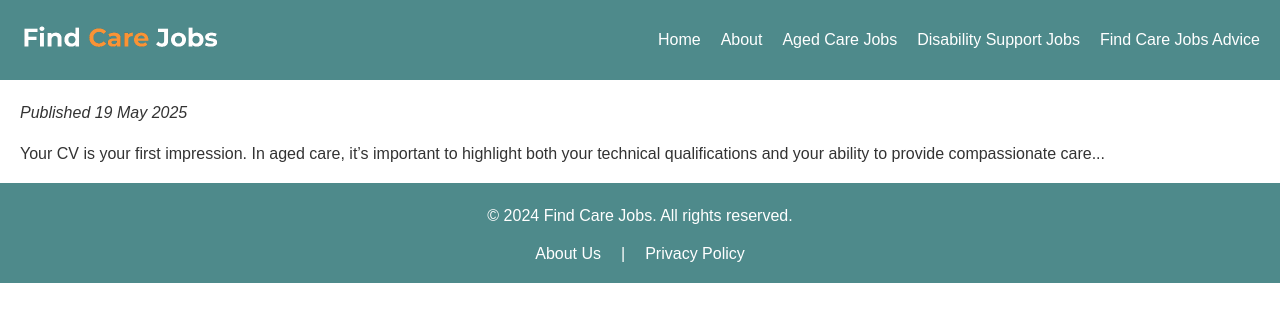
Repository: RichardCareJobs/find-care-jobs
Page: posts/how-to-write-a-care-cv.html
These files come from the project's save history. The page is drawn as it stood at one moment and after the next save; the edit follows.
The browser window is 1280 px wide. The pictures show the whole page.

Above is the page before, as saved 2025-05-19 21:35:05.

### posts/how-to-write-a-care-cv.html
<!DOCTYPE html>
<html lang="en">
<head>
  <meta charset="UTF-8">
  <title>How to Write a Great CV for Aged Care Jobs</title>
  <link rel="stylesheet" href="../styles.css">
</head>
<body>
  <div id="global-header"></div>

  <main class="content">
    <h1>How to Write a Great CV for Aged Care Jobs</h1>
    <p><em>Published 19 May 2025</em></p>

    <p>Your CV is your first impression. In aged care, it’s important to highlight both your technical qualifications and your ability to provide compassionate care...</p>
    <!-- Continue content -->
  </main>

  <div id="global-footer"></div>
  <script>

  // Load global header and footer
  fetch('header.html')
    .then(res => res.text())
    .then(data => document.getElementById('global-header').innerHTML = data);

  fetch('footer.html')
    .then(res => res.text())
    .then(data => document.getElementById('global-footer').innerHTML = data);
</script>
</body>
</html>

### styles.css
body {
    background-color: #ffffff; /* Warm Sand background for the whole page */
    font-family: Arial, sans-serif; /* Set a clean font */
    margin: 0;
    padding: 20px; /* Optional: adds padding to the content */
    color: #333; /* Dark text color for good contrast */
}



.hero-overlay h1,
.hero-overlay h2,
.hero-overlay h3,
.hero-overlay p,
.hero-overlay a {
  color: #fff;
}

/* ——— Header override to match Home page ——— */
header.header-container {
    position: fixed;
    top: 0; left: 0; width: 100vw;
    height: 80px;                 /* ↑ bigger bar like Home */
    padding: 10px 40px;           /* ↑ vertical + horizontal spacing */
    background-color: var(--primary-color);
    display: flex;
    align-items: center;
    justify-content: space-between;
    z-index: 1000;
    box-sizing: border-box;
  }

  /* Logo link must be white, not teal */
  .header-container .logo a {
    color: #fff;
    text-decoration: none;
    font-size: 1.2rem;
    font-weight: bold;
  }

  /* Nav links stay white on teal */
  .header-container .nav-links a {
    color: #fff;
  }

  .header-container .nav-links a:hover {
    color: var(--accent-color);
  }


/* New unified header container */
.header-container {
    display: flex;
    justify-content: space-between; /* Logo on left, nav/hamburger on right */
    align-items: center;
    padding: 0 20px;
    height: 80px; /* Adjust height as needed */
    background-color: #4E8A8B; /* Muted Teal for the header background */
    box-sizing: border-box;
    position: fixed; /* Keep header visible on scroll */
    top: 0;
    left: 0;
    width: 100%;
    z-index: 1000;
  }

  /* Logo styling (placeholder) */
  .logo {
    color: #fff;
    font-size: 1.2rem;
    font-weight: bold;
  }

  /* Desktop navigation links */
  .nav-links {
    display: flex;
    gap: 20px;
  }

  .nav-links a {
    color: #fff;
    text-decoration: none;
    font-size: 16px;
  }

  .nav-links a:hover {
    color: #FF6F61; /* Soft Coral on hover */
  }

  /* Hamburger menu icon – hidden on desktop */
  .hamburger-menu {
    display: none; /* Show only on mobile */
    color: #fff;
    font-size: 24px;
    cursor: pointer;
  }

  /* Mobile navigation menu – hidden by default */
  .mobile-nav {
    display: none;
    flex-direction: column;
    background-color: #4E8A8B;
    position: absolute;
    top: 60px; /* Immediately below the header */
    left: 0;
    width: 100%;
    box-sizing: border-box;
    z-index: 2000; /* Ensures mobile menu appears above other content */
  }
  /* Show mobile menu when .active is applied */
.mobile-nav.active {
  display: flex;
}


  .mobile-nav a {
    color: #fff;
    padding: 10px 20px;
    text-decoration: none;
    border-bottom: 1px solid #fff;
  }

  /* Media query: On screens 768px and below, hide desktop nav and show hamburger */
  @media (max-width: 768px) {
    .nav-links {
      display: none;
    }
    .hamburger-menu {
      display: block;
    }
  }

  /* For tablets and smaller screens */
@media (max-width: 768px) {
    /* Adjust font sizes, layout, etc. for tablet screens */
  }

  /* For mobile devices */
  @media (max-width: 480px) {
    /* Further adjustments for mobile screens */
  }

  @media (max-width: 768px) {
    .hero .search-bar {
      flex-direction: column;
      align-items: center;
      width: 100%;
    gap: 10px;
    }

    .hero .search-bar input[type="text"],
    .hero .search-bar button {
      width: 100%;
      max-width: 220px;
    }

    .hero .search-bar button {
      margin-top: 10px;
    }
  }


  /* Hero Section: set the background image, size, and positioning */
.hero {
    position: relative;
    background-image: url('images/fcj-hero-v1.png'); /* Replace with your image path */
    background-size: cover;
    background-position: center;
    height: 500px; /* Adjust height as needed */
    width: 100vw;  /* Use viewport width */
  margin-left: calc(-50vw + 50%);  /* Shift left to counteract body padding */
  color: #fff; /* This makes all text white */
    display: flex;
    align-items: center;
    justify-content: center;
  }

  /* Overlay for darkening the background and centering text */
  .hero-overlay {
    background: rgba(0, 0, 0, 0.5); /* Semi-transparent overlay for readability */
    width: 100%;
    height: 100%;
    display: flex;
    flex-direction: column;
    align-items: center;
    justify-content: center;
    color: #fff;
    text-align: center;
    padding: 0px;
    box-sizing: border-box;
  }

  /* Adjust the search bar for the hero section */
  .hero .search-bar {
    margin-top: 20px;
    display: flex;
    gap: 10px;
    justify-content: center;
  }

  .hero .search-bar input[type="text"] {
    padding: 10px;
    border-radius: 8px;
    border: none; /* Remove border for a cleaner look */
    font-size: 16px;
    width: 200px;
    max-width: 300px;
  }

  .hero .search-bar button {
    padding: 10px 20px;
    border-radius: 8px;
    background-color: var(--accent-color); /* Using your accent color variable */
    border: none;
    color: #fff;
    font-size: 16px;
    cursor: pointer;
  }

  .hero .search-bar button:hover {
    background-color: #FF6F61; /* Soft Coral on hover */
  }


/* Navigation menu styles */
header nav {
    display: flex;
    gap: 20px; /* Space between links */
}

header nav a {
    color: #fff; /* White color for the links */
    text-decoration: none;
    font-size: 16px;
}

header nav a:hover {
    color: #FF6F61; /* Soft Coral on hover */
}

/* Center the h1 title */
.header-middle h1 {
    font-size: 24px;
    color: #4E8A8B; /* Muted Teal for the title */
    margin: 0;
}

/* Search bar container styles */
.search-bar {
    display: flex;
    gap: 10px;
    justify-content: center; /* Center the search inputs and button */
    margin-top: 20px;
}

/* Styling for the search input fields */
.search-bar input[type="text"] {
    padding: 10px;
    border-radius: 8px; /* Rounded corners */
    border: 2px solid #A8E6CF; /* Light Mint border */
    font-size: 16px;
    width: 200px; /* Set a width for the input fields */
    max-width: 300px; /* Maximum width for better responsiveness */
}

.search-bar input[type="text"]:focus {
    outline: none;
    border-color: #FF6F61; /* Soft Coral border on focus */
}

/* Styling for the search button */
.search-bar button {
    padding: 10px 20px;
    border-radius: 8px; /* Rounded corners */
    background-color: #A8E6CF; /* Light Mint background */
    border: 2px solid #A8E6CF; /* Light Mint border */
    color: #fff;
    font-size: 16px;
    cursor: pointer; /* Pointer cursor on hover */
}

/* Button hover effect */
.search-bar button:hover {
    background-color: #FF6F61; /* Soft Coral on hover */
    border-color: #FF6F61; /* Change the border color on hover */
}


/* Job count text styling */
#job-count {
    text-align: center;
    font-size: 18px;
    color: #fff; /* Muted Teal color for consistency with the design */
    margin-top: 20px;
    font-weight: bold;
}

/* General styling for the filter section */
.filter-section {
    margin-bottom: 20px;
    display: flex;
    align-items: center;
    gap: 10px;
    font-family: 'Arial', sans-serif;
    font-size: 14px;
    color: #424242;
}

/* Style for the label */
.filter-section label {
    font-weight: bold;
    margin-right: 5px;
}

/* General styling for the filter section */
.filter-section {
    margin-top: 20px; /* Adds space between search and filter */
    font-family: 'Arial', sans-serif; /* Match font with the rest of the site */
    font-size: 16px; /* Adjust font size for better readability */
    color: #4E8A8B; /* Match the color with the rest of the site */
    display: flex; /* Use flexbox for horizontal alignment */
    justify-content: center; /* Center-align within the container */
    align-items: center; /* Align label and dropdown vertically */
    gap: 10px; /* Space between the label and dropdown */
}

/* Style for the dropdown */
.filter-section select {
    padding: 8px 12px;
    border: 1px solid #ccc;
    border-radius: 4px;
    background-color: #fff;
    font-size: 14px;
    color: #333; /* Match font color with the rest */
    cursor: pointer;
    transition: border-color 0.3s ease;
    width: 200px; /* Set a consistent width for the dropdown */
}

.filter-section select:hover {
    border-color: #0088d2; /* Match primary color */
}

.filter-section select:focus {
    outline: none;
    border-color: #fa9335; /* Match secondary color */
}

/* Label styling */
.filter-section label {
    font-weight: bold;
    margin-bottom: 0; /* Remove extra margin for better alignment */
}




/* Job listings container space */
.job-listings-container {
    margin: 0 auto;
    max-width: 1200px; /* or whatever width you prefer */
    padding: 20px;
    box-sizing: border-box;
  }




/* Job listings container to center the job cards */
.job-listings-container {
    display: flex;
    flex-direction: column;
    align-items: center; /* Center the job cards horizontally */
    gap: 20px; /* Add space between each job card */
    width: 100%;
}

/* Job card styles */
.job-cards {
    background-color: #fff;
    padding: 20px;
    border-radius: 8px;
    border: 2px solid #A8E6CF; /* Light Mint border around the job cards */
    box-shadow: 0 2px 5px rgba(0, 0, 0, 0.1);
    text-align: left; /* left align the text inside the job card */
    width: 100%; /* Ensure the job card takes up full width */
    max-width: 600px; /* Optional: set a max-width for better layout */
    margin: 0; /* Remove margin from individual cards */
}

/* Styling for the "Read More" buttons */
.job-cards .read-more {
    padding: 10px 20px;
    border-radius: 0px; /* Rounded corners */
    background-color: #A8E6CF; /* Light Mint background */
    border: 2px solid #A8E6CF; /* Light Mint border */
    color: #fff;
    font-size: 16px;
    cursor: pointer; /* Pointer cursor on hover */
    text-align: center; /* Center the text inside the button */
    display: inline-block; /* Ensure the button has correct inline behavior */
    margin-top: 10px; /* Add some space above the button */
}

/* Hover effect for the "Read More" button */
.job-cards .read-more:hover {
    background-color: #FF6F61; /* Soft Coral on hover */
    border-color: #FF6F61; /* Change the border color on hover */
}

/* Streamline job cards */
.job-listings-container {
    gap: 10px;              /* was 20px – bring cards closer together */
  }

  .job-cards {
    padding: 12px;          /* was 20px – less “air” inside each card */
    border-radius: 0px;     /* optional: slightly tighter corners */
  }

  .job-cards h3 {
    margin-top: 8px;        /* was 1rem – bring title closer to top badge/logo */
    margin-bottom: 8px;     /* was default – tighten space before body text */
  }

  .job-cards p {
    margin-bottom: 5px;     /* was 1em – less space under each paragraph */
  }

  .job-cards .read-more {
    padding: 6px 12px;      /* was 10px 20px – smaller button */
    font-size: 0.9rem;      /* slightly smaller text */
    margin-top: 8px;        /* was 10px – reduce gap above button */
  }



/* Base styles for sponsored jobs */
.job-cards.sponsored {
    border: 3px solid #FF6F61; /* Thicker border for sponsored jobs */
    padding: 20px; /* Add more padding to create space */
    background-color: #F5F5F5; /* Light background for sponsored jobs */
    position: relative;
    margin: 10px; /* Add some space between job cards */
}

/* Employer logo positioning (top right) */
.job-cards.sponsored .employer-logo {
    position: absolute;
    top: 15px; /* Adjusted to move the logo further down */
    right: 15px; /* Adjusted to move the logo further to the right */
    width: 70px; /* Increased size of the logo */
    height: auto;
}

/* Title adjustment if logo is displayed */
.job-cards.sponsored h3 {
    margin-top: 30px; /* Increased space between badge and job title */
    margin-right: 90px; /* Adjust header text position if logo is displayed */
}

/* Sponsored job categories */
.job-cards.sponsored.top-job {
    border-color: #2196F3; /* Top Job with coral border */
}

.job-cards.sponsored.featured-job {
    border-color: #FFC107; /* Featured Job with gold border */
}

.job-cards.sponsored.urgent-job {
    border-color: #F44336; /* Urgent Job with orange-red border */
}

.job-cards.sponsored.popular-job {
    border-color: #4CAF50; /* Popular Job with lime green border */
}


.job-cards.sponsored .badge {
  position: relative;
  top: 10px;
  left: 10px;

  /* allow text to show */
  display: inline-block;
  padding: 4px 8px;
  min-width: 40px;
  height: auto;      /* remove the fixed height */
  background-color: #FF6F61; /* Soft Coral for badge background */
  color: #fff;
  font-size: 0.75rem;
  border-radius: 3px;
  text-transform: uppercase;
  white-space: nowrap;
}

/* category-specific overrides */
.job-cards.sponsored.top-job .badge       { background: #FF6F61; }
.job-cards.sponsored.featured-job .badge { background: #FFD700; }
.job-cards.sponsored.urgent-job .badge   { background: #E60000; }
.job-cards.sponsored.popular-job .badge  { background: #00B300; }


/* Styling for the badge */
.job-cards.sponsored.top-job .badge {
    background-color: #2196F3; /* Top Job Badge */
}

.job-cards.sponsored.featured-job .badge {
    background-color: #FFC107; /* Featured Job Badge */
}

.job-cards.sponsored.urgent-job .badge {
    background-color: #F44336; /* Urgent Job Badge */
}

.job-cards.sponsored.popular-job .badge {
    background-color: #4CAF50; /* Popular Job Badge */
}


.global-footer {
    background-color: #4E8A8B; /* Footer color */
    color: white;
    padding: 20px;
    text-align: center;
    width: 100vw; /* Viewport width */
    position: relative; /* Ensure it stays within normal document flow */
    left: 50%; /* Offset for centering */
    transform: translateX(-50%); /* Center align the footer */
    box-sizing: border-box; /* Include padding within width */
    margin: 0; /* Remove any margin */
}




.global-footer nav {
    display: flex;
    justify-content: center;
    gap: 20px; /* Space between footer links */
}

.global-footer a {
    color: white;
    text-decoration: none;
    font-size: 16px;
}

.global-footer a:hover {
    color: #FF6F61; /* Soft Coral on hover, matching header link styling */
}



.page-content {
    display: flex;
    align-items: flex-start; /* Align items to the top */
    gap: 20px; /* Space between image and text */
}

.image-placeholder {
    flex: 0 0 300px; /* Fixed width for the image container */
}

.image-placeholder img {
    width: 100%; /* Image takes full width of its container */
    height: auto;
    border-radius: 5px; /* Optional rounded corners */
    padding: 5px; /* Padding around the image for spacing */
    background-color: #f0f0f0; /* Optional: background color for the image */
}

.text-content {
    flex: 1; /* Take remaining space */
    max-width: 600px; /* Limit text width for readability */
}



/* Root-level variables for colors, fonts, and font sizes */
:root {
    --primary-color: #4E8A8B;
    --accent-color: #FF6F61;
    --text-color: #333333;
    --background-color: #F1E2C6;
    --font-family: Arial, sans-serif;
    --font-size-h1: 32px; /* You can adjust this size as needed */
    --font-size-large: 24px;
    --font-size-base: 16px;
    --font-size-small: 14px;
}

header.header-container {
    position: fixed;
    top: 0;
    left: 0;
    width: 100vw;             /* span the entire viewport */
    height: var(--header-height);
    background-color: var(--primary-color);
    display: flex;
    align-items: center;
    justify-content: space-between;
    padding: 0 20px;          /* no vertical padding, just left/right */
    z-index: 1000;
    box-sizing: border-box;
  }


/* Apply global font and color styles */
html {
    margin: 0;
    padding: 0;
    box-sizing: border-box;
}

body {
    margin: 0;
    padding: 20px;
    font-family: var(--font-family);
    font-size: var(--font-size-base);
    color: var(--text-color);
}


/* Heading styles */
h1 {
    font-size: var(--font-size-h1);
    color: var(--primary-color);
    font-weight: bold;
}

h2 {
    font-size: 1.5em; /* This will scale with base font size */
    color: var(--primary-color);
    font-weight: bold;
}


h3, h4, h5, h6 {
    color: var(--primary-color);
}

/* Paragraph and link styles */
p {
    font-size: var(--font-size-base);
    line-height: 1.6;
    margin: 0 0 1em;
}

a {
    color: var(--primary-color);
    text-decoration: none;
}

a:hover {
    color: var(--accent-color);
    text-decoration: underline;
}

/* Button styling */
button {
    font-size: var(--font-size-base);
    color: #fff;
    background-color: var(--primary-color);
    border: none;
    padding: 10px 20px;
    border-radius: 5px;
    cursor: pointer;
}

button:hover {
    background-color: var(--accent-color);
}

/* ——— General See-All button styling ——— */
.see-all-button {
  display: inline-block;
  padding: 0.6rem 1.2rem;
  background-color: #0088d2;    /* or your brand primary */
  color: #fff;
  border: none;
  border-radius: 4px;
  font-size: 1rem;
  cursor: pointer;
  text-align: center;
  margin: 1rem 0;
}

/* ——— Center & Span full width on just those sector pages ——— */
body[data-sector="Aged Care"]   #job-listings .see-all-button,
body[data-sector="Disability Support"] #job-listings .see-all-button {
  grid-column: 1 / -1;      /* span both columns */
  justify-self: center;     /* then center within that span */
}



/* ——— Sector Page 2×2 Grid for Top 4 Sponsored Jobs ——— */
body[data-sector="Aged Care"] #job-listings,
body[data-sector="Disability Support"] #job-listings {
  display: grid;
  grid-template-columns: repeat(2, 1fr);
  grid-auto-rows: auto;
  gap: 1rem;
}

body[data-sector="Aged Care"] #job-listings .see-all-link,
body[data-sector="Disability Support"] #job-listings .see-all-link {
  grid-column: 1 / -1;
  text-align: center;
  margin-top: 1rem;
  font-weight: bold;
}

.advice-listing {
  display: flex;
  flex-direction: column;
  gap: 1.5rem;
  padding: 1rem 0;
}

### header.html
<header>
    <div class="header-container">

      <div class="logo"><img src="images/FCJ-Logo-Horizontal.png" height="60px" width="200px"></div>

      <!-- favicon -->
<link rel="icon" type="image/png" sizes="96x96" href="/favicon-96x96.png" />
<link rel="icon" type="image/svg+xml"       href="/favicon.svg"          />
<link rel="shortcut icon"                    href="/favicon.ico"          />
<link rel="apple-touch-icon" sizes="180x180" href="/apple-touch-icon.png" />
<meta name="apple-mobile-web-app-title" content="Find Care Jobs" />
<link rel="manifest"                         href="/site.webmanifest"     />


      <!-- Normal Nav Links (Desktop) -->
      <nav class="nav-links">
        <a href="index.html">Home</a>
        <a href="about.html">About</a>
        <a href="aged-care-jobs.html">Aged Care Jobs</a>
        <a href="disability-support-jobs.html">Disability Support Jobs</a>
        <a href="advice.html">Find Care Jobs Advice</a>

      </nav>

      <!-- Hamburger Icon (Mobile) -->
      <div class="hamburger-menu" id="hamburger-menu">
        &#9776; <!-- A simple Unicode hamburger icon -->
      </div>
    </div>

    <!-- Collapsible Menu (Mobile) -->
    <nav class="mobile-nav" id="mobile-nav">
      <a href="about.html">About</a>
      <a href="aged-care-jobs.html">Aged Care Jobs</a>
      <a href="disability-support-jobs.html">Disability Support Jobs</a>
      <a href="advice.html">Find Care Jobs Advice</a>

    </nav>
  </header>

### footer.html
<footer class="global-footer">
    <p>&copy; 2024 Find Care Jobs. All rights reserved.</p>
    <nav>
        <a href="/about">About Us</a> |

        <a href="/privacy">Privacy Policy</a>
    </nav>
</footer>

After the next save:
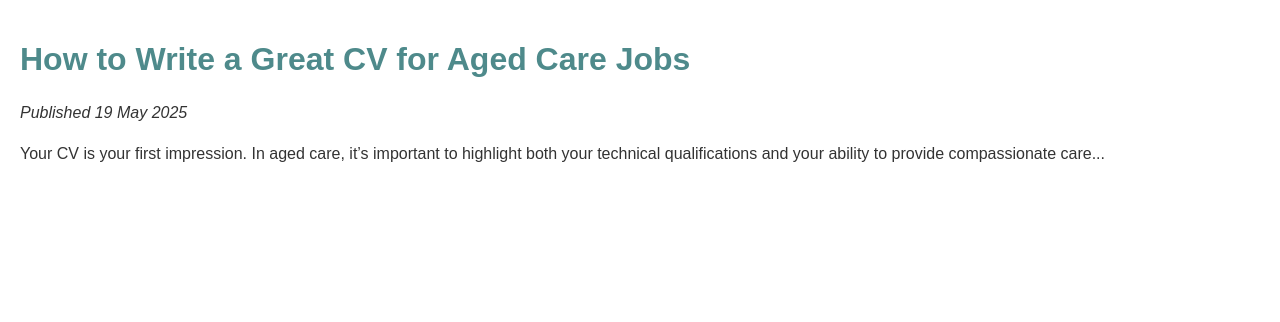
Console error: TypeError: Cannot set properties of null (setting 'innerHTML')
Saved 67 s later.
--- a/posts/how-to-write-a-care-cv.html
+++ b/posts/how-to-write-a-care-cv.html
@@ -22,11 +22,11 @@
   // Load global header and footer
   fetch('header.html')
     .then(res => res.text())
-    .then(data => document.getElementById('global-header').innerHTML = data);
+    .then(data => document.getElementById('../global-header').innerHTML = data);
 
   fetch('footer.html')
     .then(res => res.text())
-    .then(data => document.getElementById('global-footer').innerHTML = data);
+    .then(data => document.getElementById('../global-footer').innerHTML = data);
 </script>
 </body>
 </html>

After the save that followed:
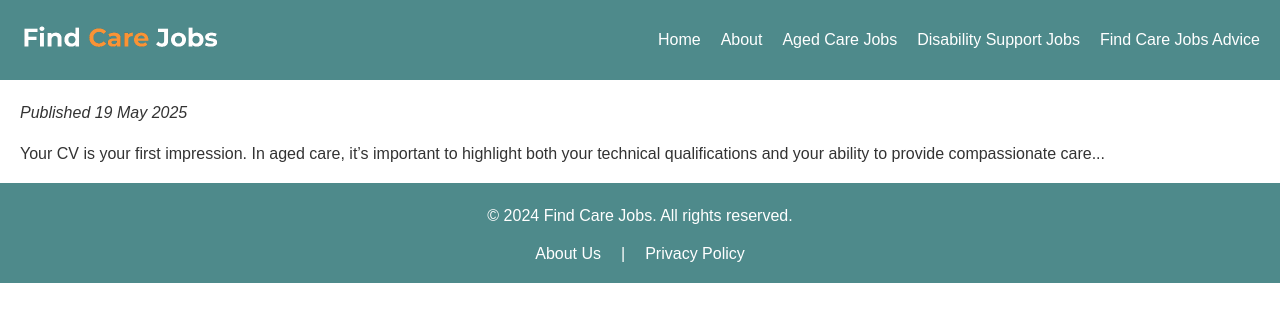
The error is gone.
Saved 18 s later.
--- a/posts/how-to-write-a-care-cv.html
+++ b/posts/how-to-write-a-care-cv.html
@@ -17,16 +17,16 @@
   </main>
 
   <div id="global-footer"></div>
-  <script>
+<script>
+  // Load global header and footer from the root
+  fetch('../header.html')
+    .then(res => res.text())
+    .then(data => document.getElementById('global-header').innerHTML = data);
 
-  // Load global header and footer
-  fetch('header.html')
+  fetch('../footer.html')
     .then(res => res.text())
-    .then(data => document.getElementById('../global-header').innerHTML = data);
+    .then(data => document.getElementById('global-footer').innerHTML = data);
+</script>
 
-  fetch('footer.html')
-    .then(res => res.text())
-    .then(data => document.getElementById('../global-footer').innerHTML = data);
-</script>
 </body>
 </html>
